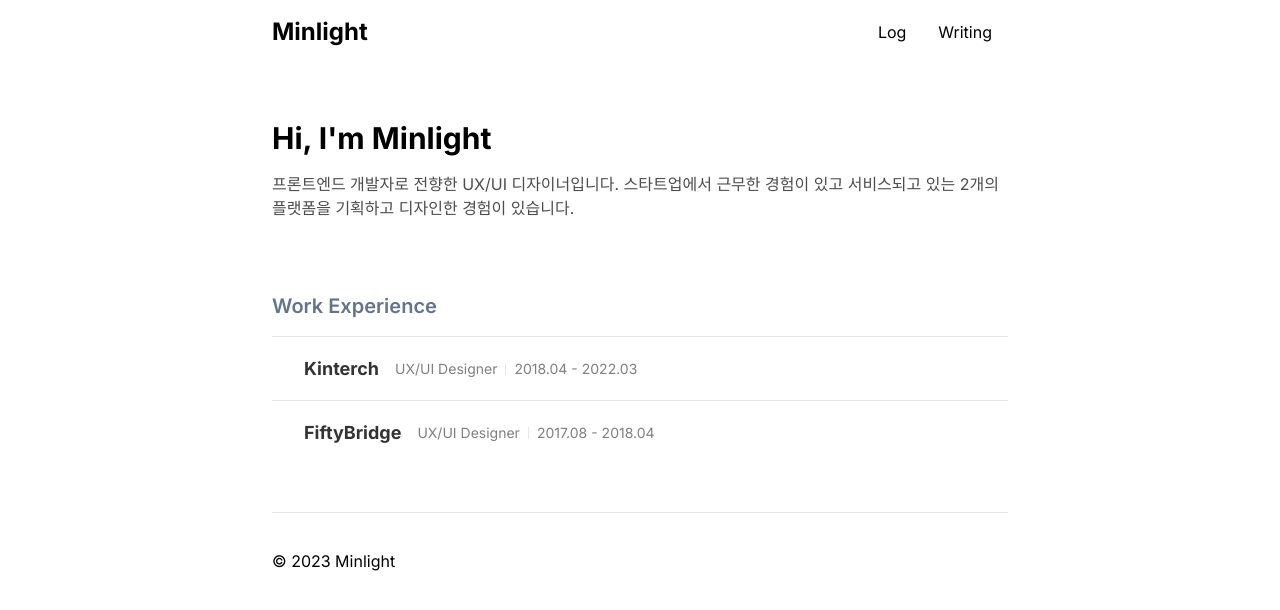
Repository: kwngmin/minlight-log
Page: /
These files come from the project's save history. The page is drawn as it stood at one moment and after the next save; the edit follows.
The browser window is 1280 px wide. The pictures show the whole page.
The project was rebuilt for these pictures with package versions that can differ from the ones it lists, and the page was loaded fresh each time. The framework's server and built-in components were replaced by stand-ins that run in the browser. Also part of the build but not shown: next.config.js.

Above is the page before, as saved 2023-04-04 16:30:48.

After the next save:
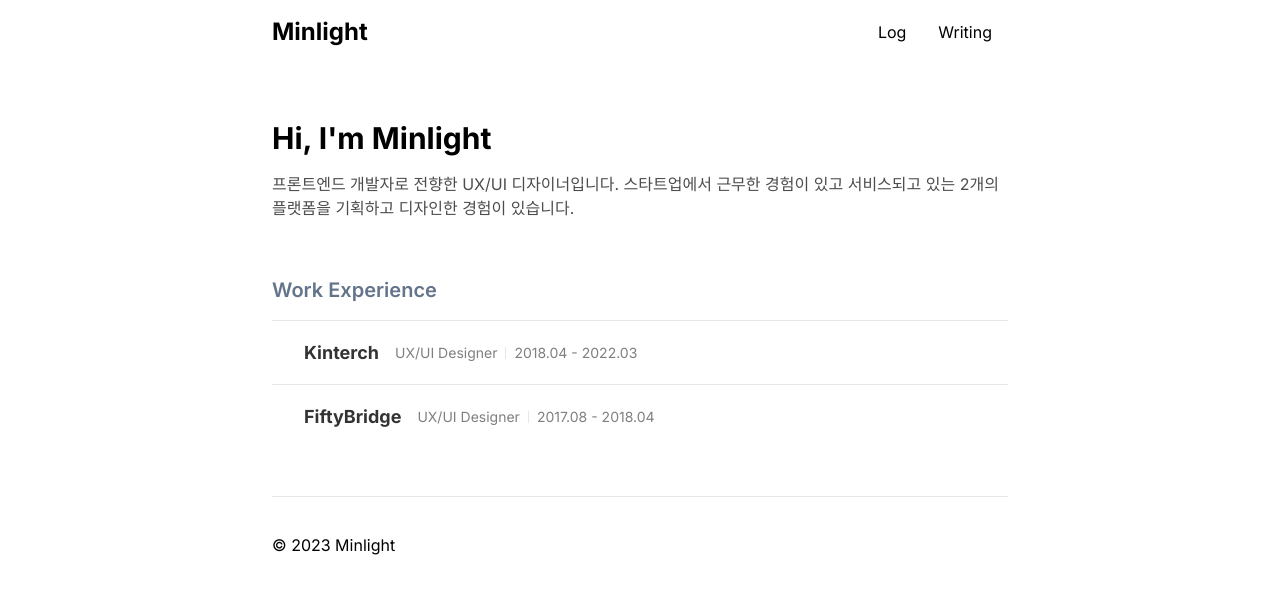
Saved 12 s later.
--- a/src/components/Table.tsx
+++ b/src/components/Table.tsx
@@ -9,7 +9,7 @@ type Props = {
 
 export default function Table({ tableData, subject }: Props) {
   return (
-    <article className="py-4">
+    <article className="pb-4">
       <h2 className="text-left text-xl font-semibold text-slate-500 pb-6 lg:pb-4">
         {subject}
       </h2>
